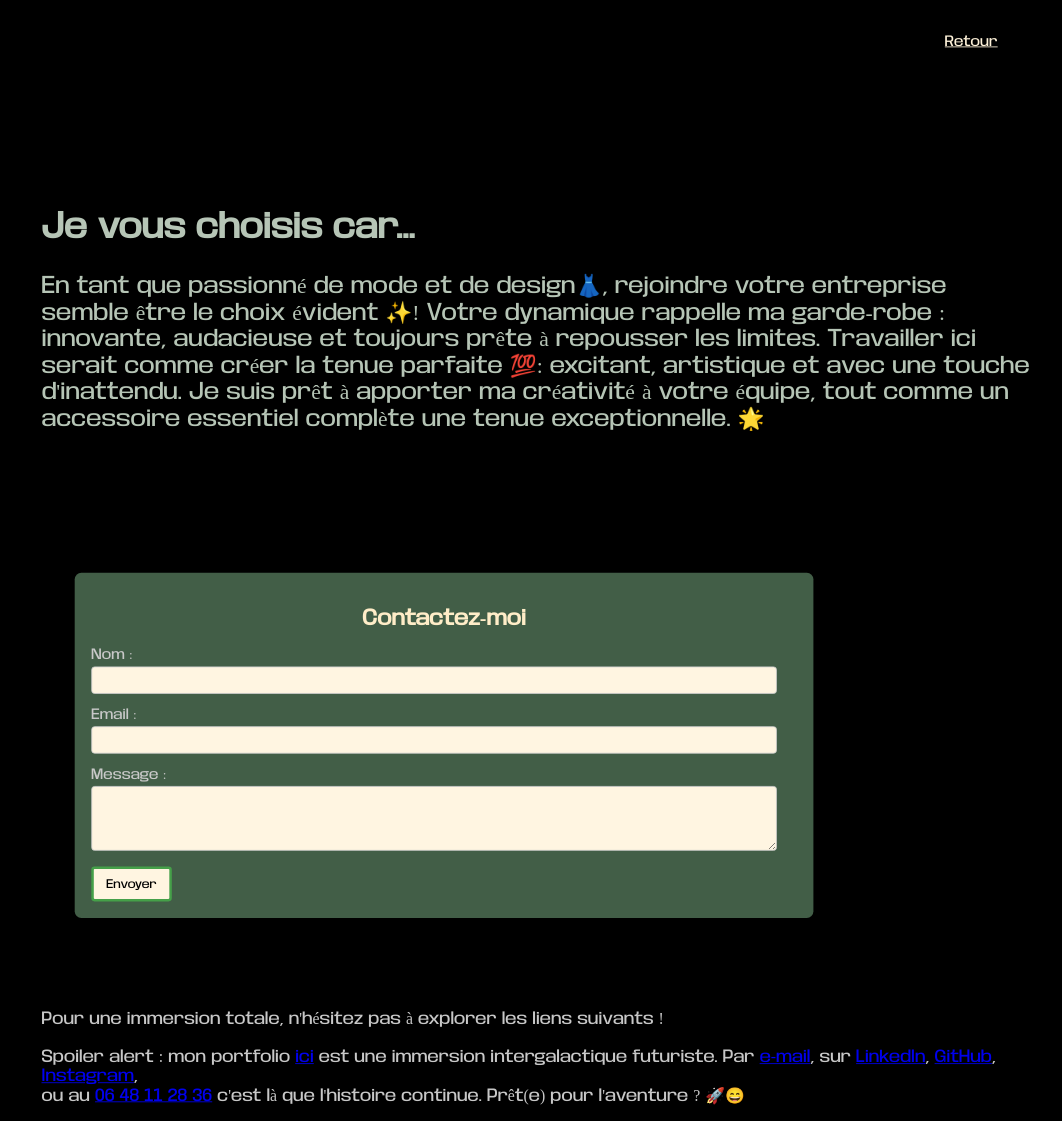
Repository: inessben/application
Page: about/about.html
The author's editor kept a copy of each file at every save. The page is drawn from the files as they stood at one save, then again after the next save.
The browser window is 1280 px wide. The pictures show the whole page, at 83% of full size.

Above is the page before, as saved 2023-12-04 03:45:44.

After the next save:
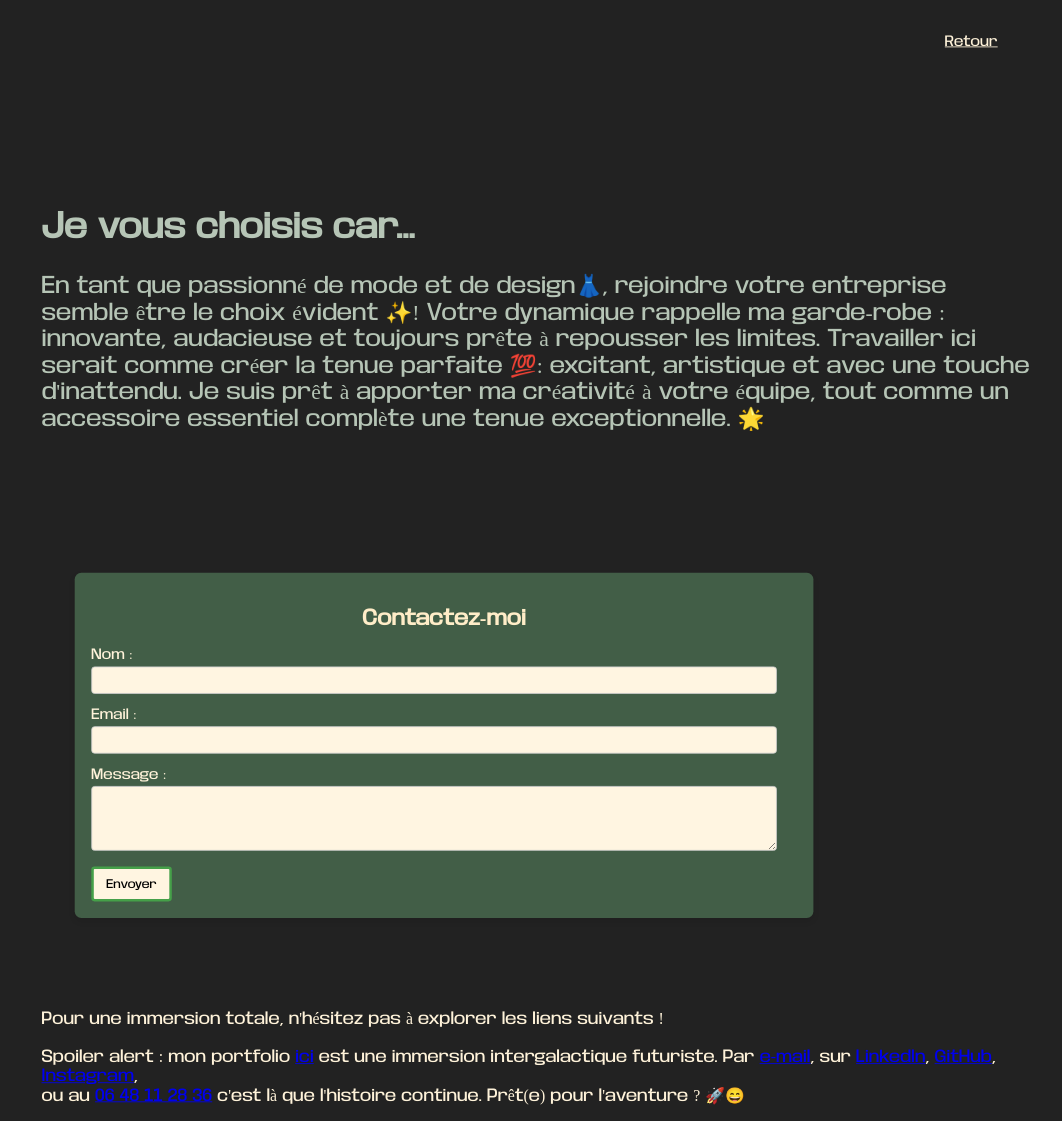
Saved 8 s later.
--- a/about/about.css
+++ b/about/about.css
@@ -29,8 +29,8 @@
 body {
     margin: 0;
     font-family: "Base Neue";
-    background-color: #000000;
-    color: #c8c8c8;
+    background-color: #222;
+    color: #FFF3DA;
     padding: 0;
     }
 
